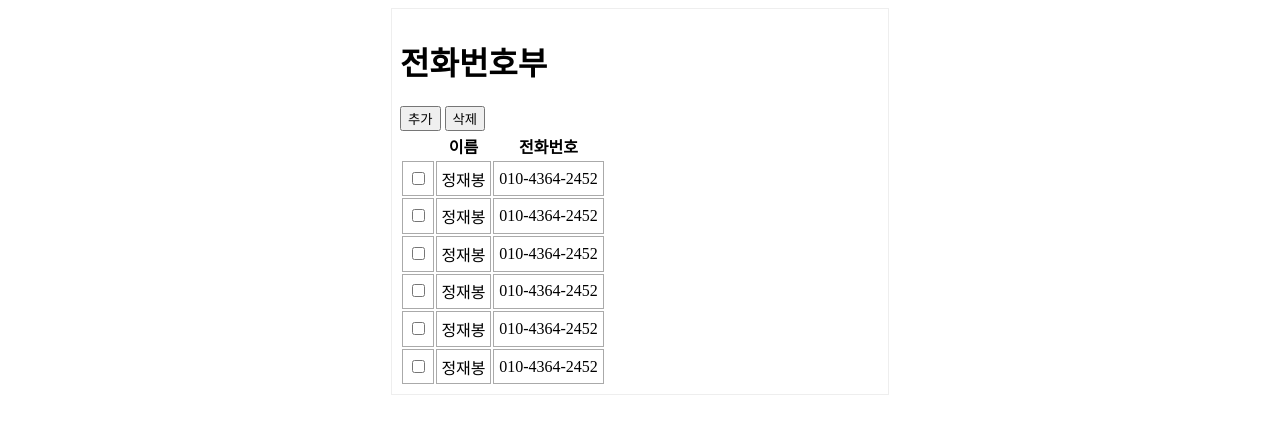
Repository: limjh0513/DGSW_JAVA
Page: 2학기/JAVA_WEB/web/src/main/webapp/phoneBook/phoneBook.html
The author's editor kept a copy of each file at every save. The page is drawn from the files as they stood at one save, then again after the next save.
The browser window is 1280 px wide. The pictures show the whole page.

Above is the page before, as saved 2021-11-03 02:15:52.

### 2학기/JAVA_WEB/web/src/main/webapp/phoneBook/phoneBook.html
<!DOCTYPE html>
<html>
<head>
<meta charset="EUC-KR">
<title>전화번호부</title>
<link rel="stylesheet" href="css/phoneBook.css" />
</head>
<body>
	<div class="main">
		<h1>전화번호부</h1>
		<div >
			<button>추가</button>
			<button>삭제</button>
		</div>

		<table>
			<thead>
				<tr>
					<th></th>
					<th>이름</th>
					<th>전화번호</th>
				</tr>
			</thead>
			<tbody>
				<tr>
					<td><input type="checkbox" /></td>
					<td>정재봉</td>
					<td>010-4364-2452</td>
				</tr>
			<tbody>
				<tr>
					<td><input type="checkbox" /></td>
					<td>정재봉</td>
					<td>010-4364-2452</td>
				</tr>
			<tbody>
				<tr>
					<td><input type="checkbox" /></td>
					<td>정재봉</td>
					<td>010-4364-2452</td>
				</tr>
			<tbody>
				<tr>
					<td><input type="checkbox" /></td>
					<td>정재봉</td>
					<td>010-4364-2452</td>
				</tr>
			<tbody>
				<tr>
					<td><input type="checkbox" /></td>
					<td>정재봉</td>
					<td>010-4364-2452</td>
				</tr>
			<tbody>
				<tr>
					<td><input type="checkbox" /></td>
					<td>정재봉</td>
					<td>010-4364-2452</td>
				</tr></table>
	</div>
</b
		ody>
</html>

### 2학기/JAVA_WEB/web/src/main/webapp/phoneBook/css/phoneBook.css
@charset "EUC-KR";

.main {
	width: 30rem;
	border: 1px solid #EEE;
	margin: 0 auto 0 auto;
	padding: 0.5rem;
}

.btn{
	text-align: rigth;
	padding-right: 3rem;
	margin-bottom: 0.5rem;
}

.list{
	width: 95%;
	margin: 0 auto 0 auto;
	border-collapse: collapse;
}

.list th, td{
	border: 1px solid #AAA;
	padding: 0.3rem;
}

After the next save:
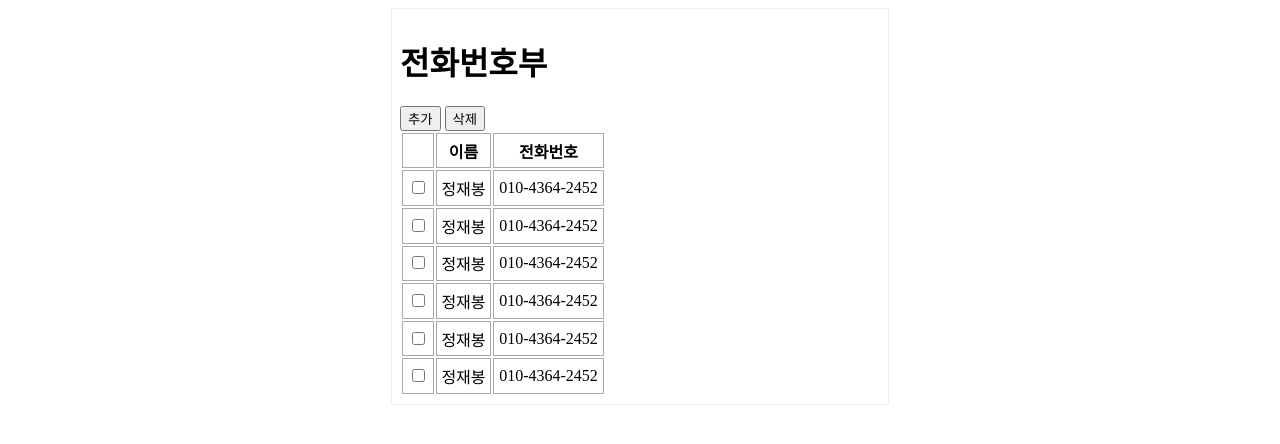
Saved 36 s later.
--- a/2학기/JAVA_WEB/web/src/main/webapp/phoneBook/phoneBook.html
+++ b/2학기/JAVA_WEB/web/src/main/webapp/phoneBook/phoneBook.html
@@ -15,44 +15,44 @@
 
 		<table>
 			<thead>
-				<tr>
+				<tr class="list">
 					<th></th>
 					<th>이름</th>
 					<th>전화번호</th>
 				</tr>
 			</thead>
 			<tbody>
-				<tr>
+				<tr class="list">
 					<td><input type="checkbox" /></td>
 					<td>정재봉</td>
 					<td>010-4364-2452</td>
 				</tr>
 			<tbody>
-				<tr>
+				<tr class="list">
 					<td><input type="checkbox" /></td>
 					<td>정재봉</td>
 					<td>010-4364-2452</td>
 				</tr>
 			<tbody>
-				<tr>
+				<tr class="list">
 					<td><input type="checkbox" /></td>
 					<td>정재봉</td>
 					<td>010-4364-2452</td>
 				</tr>
 			<tbody>
-				<tr>
+				<tr class="list">
 					<td><input type="checkbox" /></td>
 					<td>정재봉</td>
 					<td>010-4364-2452</td>
 				</tr>
 			<tbody>
-				<tr>
+				<tr class="list">
 					<td><input type="checkbox" /></td>
 					<td>정재봉</td>
 					<td>010-4364-2452</td>
 				</tr>
 			<tbody>
-				<tr>
+				<tr class="list">
 					<td><input type="checkbox" /></td>
 					<td>정재봉</td>
 					<td>010-4364-2452</td>
